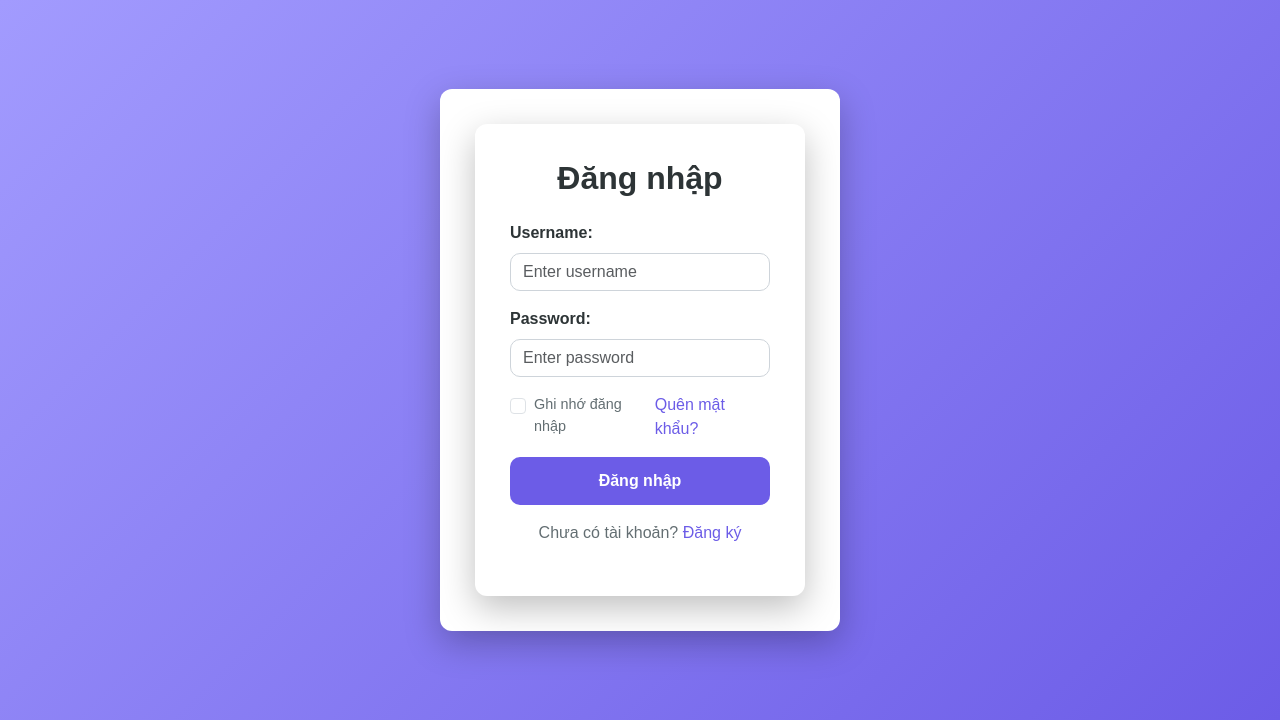
Repository: manhtdxxx/Tour-Booking-Webapp
Page: http://localhost/bookingTour/login.jsp
An editor plug-in stored every save of this project. The page is shown before and after the next save, followed by the edit.
The browser window is 1280 px wide. The pictures show the whole page.
The page is served by Tomcat 9. Other server files are loaded and not shown.

Above is the page before, as saved 2024-11-11 02:38:51.

### bookingTour/src/main/webapp/login.jsp
<%@ page language="java" contentType="text/html; charset=UTF-8" pageEncoding="UTF-8"%>
<!DOCTYPE html>
<html>
<head>
<title>Đăng nhập</title>
<meta charset="utf-8">
<meta name="viewport" content="width=device-width, initial-scale=1">

<link href="https://cdn.jsdelivr.net/npm/bootstrap@5.3.3/dist/css/bootstrap.min.css"
	rel="stylesheet">
<script src="https://cdn.jsdelivr.net/npm/bootstrap@5.3.3/dist/js/bootstrap.bundle.min.js"></script>

<style>
body {
	background: linear-gradient(135deg, #a29bfe, #6c5ce7);
	font-family: Arial, sans-serif;
}

.container {
	max-width: 400px;
	background-color: #fff;
	padding: 35px;
	border-radius: 12px;
	box-shadow: 0px 12px 35px rgba(0, 0, 0, 0.25);
	animation: fadeIn 1.2s ease;
}

@
keyframes fadeIn {from { opacity:0;
	transform: translateY(-20px);
}

to {
	opacity: 1;
	transform: translateY(0);
}

}
h1 {
	font-size: 2rem;
	font-weight: bold;
	color: #2d3436;
}

.form-label {
	font-weight: 600;
	color: #2d3436;
}

.form-control {
	border-radius: 10px;
	border: 1px solid #ced4da;
	transition: border-color 0.3s, box-shadow 0.3s;
}

.form-control:focus {
	border-color: #6c5ce7;
	box-shadow: 0 0 6px rgba(108, 92, 231, 0.3);
}

.form-check-label {
	font-size: 0.9rem;
	color: #636e72;
}

a {
	color: #6c5ce7;
	text-decoration: none;
	transition: color 0.2s;
}

a:hover {
	color: #341f97;
	text-decoration: underline;
}

.btn-primary {
	background-color: #6c5ce7;
	border: none;
	border-radius: 10px;
	padding: 12px 25px;
	font-weight: bold;
	transition: background-color 0.3s, transform 0.2s;
}

.btn-primary:hover {
	background-color: #341f97;
	transform: translateY(-3px);
}

p {
	margin-top: 18px;
	text-align: center;
	color: #636e72;
}
</style>
</head>

<body class="d-flex align-items-center justify-content-center vh-100">

	<%
	String error = (String) request.getAttribute("error");
	error = (error != null) ? error : "";
	%>
	<div class="container">
	<div class="container position-relative">
		<h1 class="text-center mb-4">Đăng nhập</h1>

		<!-- Error Message -->
		<%
		if (!error.isEmpty()) {
		%>
		<div class="alert alert-danger alert-dismissible fade show">
			<button type="button" class="btn-close" data-bs-dismiss="alert"></button>
			<strong><%=error%></strong>
		</div>
		<%
		}
		%>

		<form action="do-login" method="post">
			<div class="mb-3">
				<label for="username" class="form-label">Username:</label> <input type="text"
					class="form-control" id="username" placeholder="Enter username" name="username" required>
			</div>
			<div class="mb-3">
				<label for="password" class="form-label">Password:</label> <input type="password"
					class="form-control" id="password" placeholder="Enter password" name="password" required>
			</div>
			<div class="d-flex align-items-center justify-content-between mb-3">
				<div class="form-check">
					<input class="form-check-input" type="checkbox" name="remember" id="remember"> <label
						class="form-check-label" for="remember">Ghi nhớ đăng nhập</label>
				</div>
				<a href="#">Quên mật khẩu?</a>
			</div>

			<button type="submit" class="btn btn-primary w-100">Đăng nhập</button>

			<p class="mt-3 text-center">
				Chưa có tài khoản? <a href="register.jsp">Đăng ký</a>
			</p>
		</form>
	</div>

</body>
</html>

After the next save:
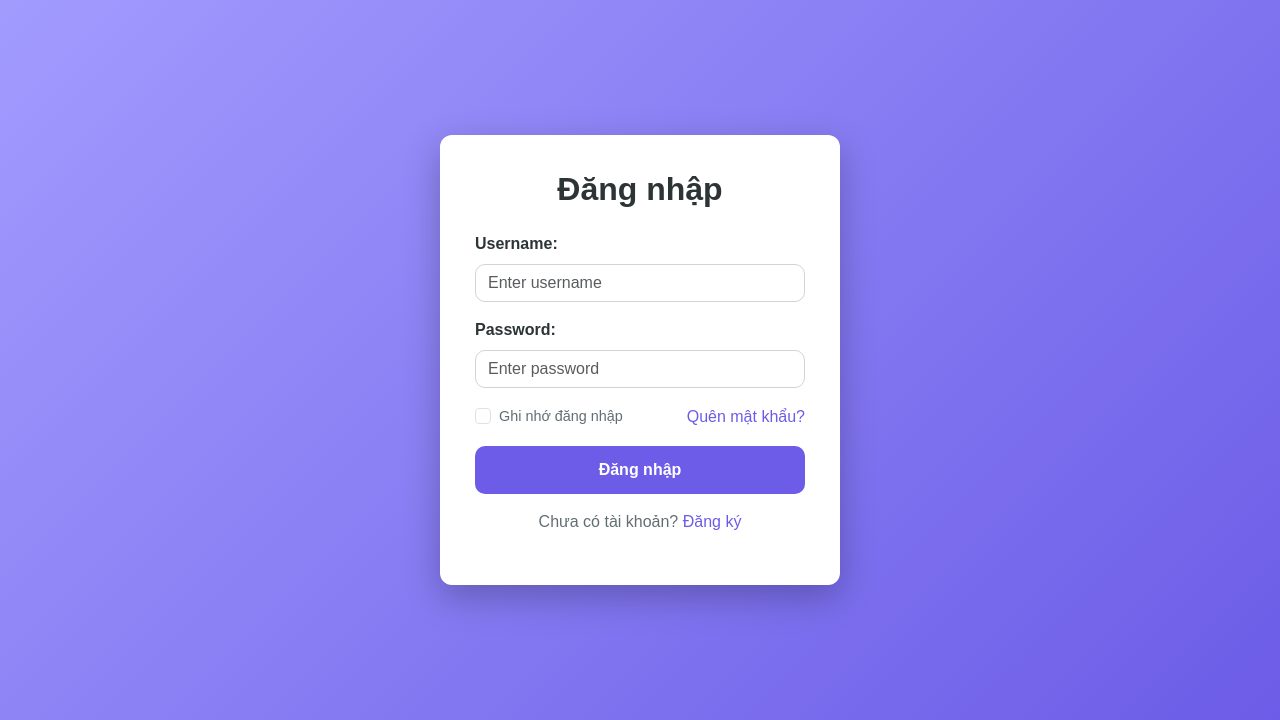
Saved 4 s later.
--- a/bookingTour/src/main/webapp/login.jsp
+++ b/bookingTour/src/main/webapp/login.jsp
@@ -102,7 +102,7 @@
 	String error = (String) request.getAttribute("error");
 	error = (error != null) ? error : "";
 	%>
-	<div class="container">
+	<div clas></div>
 	<div class="container position-relative">
 		<h1 class="text-center mb-4">Đăng nhập</h1>
 
